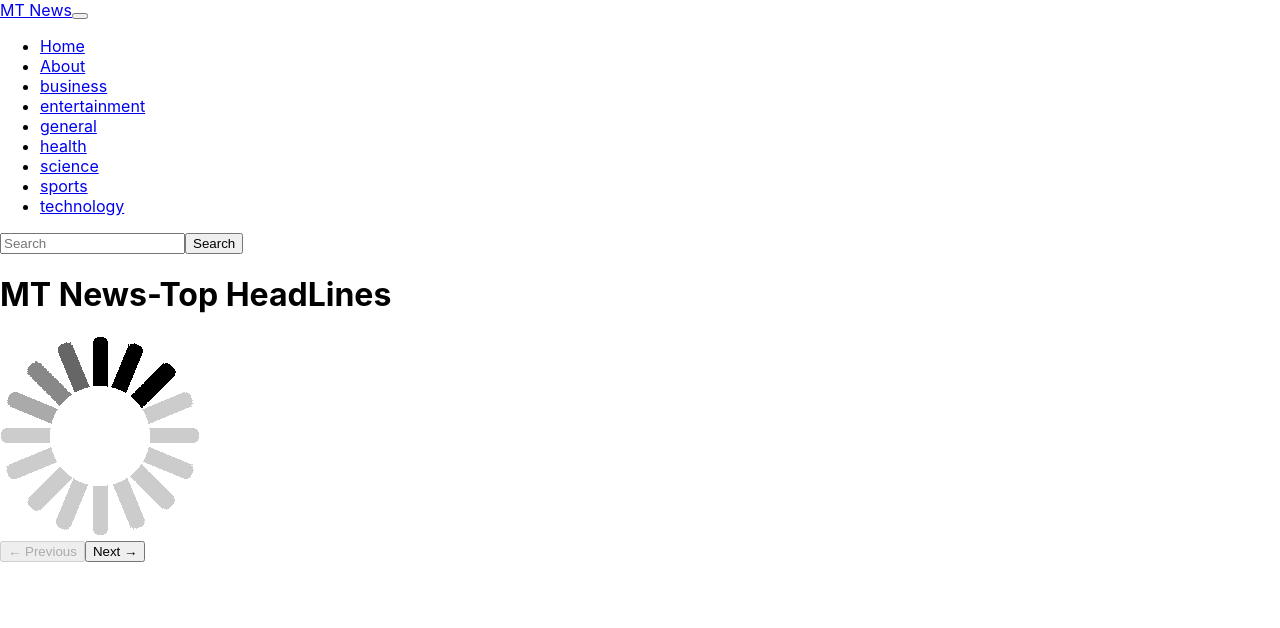
Repository: professorsourabh/news_website_using-ReactJS
Page: /
An editor plug-in stored every save of this project. The page is shown before and after the next save, followed by the edit.
The browser window is 1280 px wide. The pictures show the whole page.
The page's requests for data from a server got no answer. The project was rebuilt for these pictures with package versions that can differ from the ones it lists, and the page was loaded fresh each time. No one was signed in, and anything a server would have sent is missing. Also part of the build but not shown: src/App.css, src/Components/NewsaItem.js.

Above is the page before, as saved 2023-05-16 10:56:32.

### src/App.js
import './App.css';

import React, { Component } from 'react';
import NavBar from './Components/NavBar';
import News from './Components/News';
export default class App extends Component {

  render() {
    return (
      <div>

        <NavBar/>
        <News country="in" category="general"/>
      </div>
    )
  }
}

### src/Components/NavBar.js
import React, { Component } from 'react'
// import PropTypes from 'prop-types'

export class NavBar extends Component {


  render() {
    return (
      <div>
        <nav className="navbar navbar-expand-lg  bg-body-dark bg-dark">
  <div className="container-fluid">
    <a className="navbar-brand text-light" href="/">MT News</a>
    <button className="navbar-toggler" type="button" data-bs-toggle="collapse" data-bs-target="/navbarSupportedContent" aria-controls="navbarSupportedContent" aria-expanded="false" aria-label="Toggle navigation">
      <span className="navbar-toggler-icon"></span>
    </button>
    <div className="collapse navbar-collapse" id="navbarSupportedContent">
      <ul className="navbar-nav me-auto mb-2 mb-lg-0">
        <li className="nav-item">
          <a className="nav-link text-light" aria-current="page" href="/">Home</a>
        </li>
        <li className="nav-item">
          <a className="nav-link  text-light" aria-current="page" href="/">About</a>
        </li>
       <li className="nav-item">
          <a className="nav-link  text-light" aria-current="page" href="/">business</a>
        </li>
       <li className="nav-item">
          <a className="nav-link  text-light" aria-current="page" href="/">entertainment</a>
        </li>
       <li className="nav-item">
          <a className="nav-link  text-light" aria-current="page" href="/">general</a>
        </li>
       <li className="nav-item">
          <a className="nav-link  text-light" aria-current="page" href="/">health</a>
        </li>
       <li className="nav-item">
          <a className="nav-link  text-light" aria-current="page" href="/">science</a>
        </li>
       <li className="nav-item">
          <a className="nav-link  text-light" aria-current="page" href="/">sports</a>
        </li>
       <li className="nav-item">
          <a className="nav-link  text-light" aria-current="page" href="/">technology</a>
        </li>

      </ul>
      <form className="d-flex" role="search">
        <input className="form-control me-2" type="search" placeholder="Search" aria-label="Search"/>
        <button className="btn btn-outline-success" type="submit">Search</button>
      </form>
    </div>
  </div>
</nav>

      </div>
    )
  }
}

export default NavBar

### src/Components/News.js
import React, { Component } from 'react'
import NewsaItem from './NewsaItem';
import Spinner from './Spinner';
import PropTypes  from 'prop-types';
export class News extends Component {
  static defaultProps = {
    country: 'in',
    category: "sports"
  }
  static propTypes ={
    country:PropTypes.string,
    category:PropTypes.string
  }

    constructor(){
        super();
        this.state={
          articles:[],
            loading: false,
            page:1
        }
    }

   async componentDidMount(){

      let url=`https://newsapi.org/v2/top-headlines?country=${this.props.country}&category=${this.props.category}&apiKey=6de024851937497c9017d3f0f0e104a4&page=1&pagesize=18`;
      this.setState({loading: true});
      let data=await fetch(url);
      let parsedData=await data.json();
      console.log(parsedData);
      this.setState({articles: parsedData.articles,totalResults:parsedData.totalResults,
        loading: false})
  }
  handlePreviousClick=async()=>{
    let url=`https://newsapi.org/v2/top-headlines?country=${this.props.country}&category=${this.props.category}&apiKey=6de024851937497c9017d3f0f0e104a4&page=${this.state.page - 1}&pagesize=18`;

    this.setState({loading: true});
      let data=await fetch(url);
      let parsedData=await data.json();
      console.log(parsedData);
      this.setState({
        page: this.state.page - 1,
        articles: parsedData.articles,
        loading: false
      })
  }
  handleNextClick=async()=>{
    if(!(this.state.page+1>Math.ceil(this.state.totalResults/18))){

    let url=`https://newsapi.org/v2/top-headlines?country=${this.props.country}&category=${this.props.category}&apiKey=6de024851937497c9017d3f0f0e104a4&page=${this.state.page + 1}&pagesize=18`;

    this.setState({loading: true});
      let data=await fetch(url);
      let parsedData=await data.json();
      console.log(parsedData);

      this.setState({
        page: this.state.page + 1,
        articles: parsedData.articles,
        loading: false
      })
    }
  }
  render() {
    return (
      <div className='container my-3'>
        <h1 className='text-center'> MT News-Top HeadLines</h1>
       {this.state.loading && <Spinner/>}

        <div className="row">
        {!this.state.loading && this.state.articles.map((element)=>{

        return   <div className="col-md-4" key={element.url}>
         <NewsaItem title={element.title?element.title:""} discription={element.description?element.description.slice(0,88):""} imageUrl={element.urlToImage?element.urlToImage:"https://img.etimg.com/thumb/msid-100188906,width-1070,height-580,imgsize-113958,overlay-etmarkets/photo.jpg"} newsUrl={element.url}></NewsaItem>
         </div>
         })}
        </div>
        <div className="container d-flex justify-content-between">
          <button disabled={this.state.page<=1} type='button' className='btn btn-primary my-2 mx-2' onClick={this.handlePreviousClick} >&#8592; Previous</button>

  <button disabled={this.state.page+1>Math.ceil(this.state.totalResults/18)} type='button' className='btn btn-primary my-2 mx-2' onClick={this.handleNextClick}>Next &#8594;</button>
        </div>


      </div>
    )
  }
}

export default News

### src/Components/Spinner.js
import React, { Component } from 'react'
import loading from './loading.gif'
export class Spinner extends Component {
  render() {
    return (
      <div className='d-flex justify-content-center text-center align-items-center'>
        <img src={loading} alt="loading"/>
      </div>
    )
  }
}

export default Spinner

Loaded but not shown: src/index.js (common file); src/index.css (common file); src/reportWebVitals.js (common file)

After the next save:
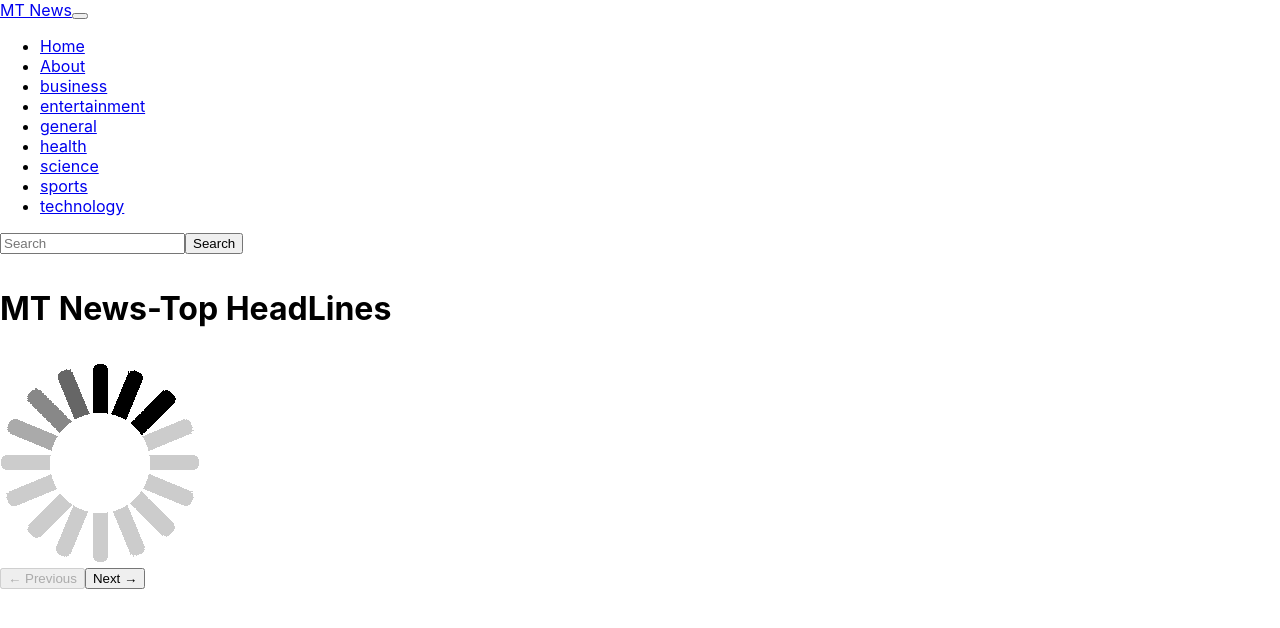
Saved 7 min 9 s later.
--- a/src/Components/News.js
+++ b/src/Components/News.js
@@ -64,7 +64,7 @@ export class News extends Component {
   render() {
     return (
       <div className='container my-3'>
-        <h1 className='text-center'> MT News-Top HeadLines</h1>
+        <h1 className='text-center' style={{margin:'35px 0px'}}> MT News-Top HeadLines</h1>
        {this.state.loading && <Spinner/>}
 
         <div className="row">
